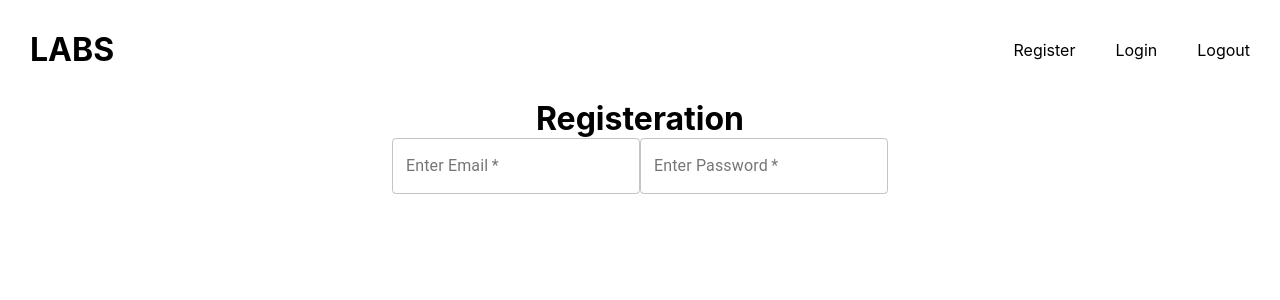
Repository: Prafullkuma/labsdata
Page: /signup
These files come from the project's save history. The page is drawn as it stood at one moment and after a run of saves; the edit follows.
The browser window is 1280 px wide. The pictures show the whole page.
The project was rebuilt for these pictures with package versions that can differ from the ones it lists, and the page was loaded fresh each time. Also part of the build but not shown: src/Component/Admin.css, src/Component/Details/details.css, src/Component/Student/addstudent.css, src/firebase.js, src/Component/Student/Addstudent.js, src/Component/Student/ViewData/ViewData.css, src/Component/Student/ViewData/ViewStudentData.js, src/Component/Student/ViewStudent.js and 5 more.

Above is the page before, as saved 2020-08-26 14:02:11.

### src/App.js
import React from 'react';
import './App.css';
import Nav from './Component/Nav'
import Admin from './Component/Admin'
import Main from './Component/Main'
import Login from './Auth/Login'
import Signup from './Auth/Signup'
import Logout from './Auth/Logout'
import { BrowserRouter as Router, Route } from 'react-router-dom'
function App() {
  return (
    <div className="App">
      <Router>
        <Nav />
        <Route path="/logout" component={Logout} />
        <Route path="/signup" component={Signup} />
        <Route path="/login" component={Login} />
        <Route path="/admin" component={Admin} />
        <Route exact path="/" component={Main} />
      </Router>
    </div>
  );
}

export default App;

### src/Component/Nav.js
import React from 'react'
import './Nav.css'
import { Link } from 'react-router-dom'
function Nav() {
    return (
        <div className="Navbar">
            <h1> <Link to="/"> LABS</Link></h1>
            <ul>
                <li><Link to="/signup"> Register</Link></li>
                <li><Link to="/login">Login</Link></li>
                <li><Link to="/logout">Logout</Link>
                </li>
            </ul>
        </div>
    )
}

export default Nav

### src/Auth/Signup.js
import React from 'react'
import { TextField } from '@material-ui/core'
function Signup() {
    return (
        <div className="register">
            <h1>Registeration</h1>
            <form>
                <TextField id="outlined-basic" type="email" required label="Enter Email" variant="outlined" />
                <TextField id="outlined-basic" type="password" required label="Enter Password" variant="outlined" />
            </form>

        </div>
    )
}

export default Signup

### src/Component/Nav.css
.Navbar{
    padding: 30px;
    display: flex;
    justify-content: space-between;
    align-items: center;

}
a{
    text-decoration: none;
    color:black;
    }
ul,li{
    list-style: none;
    float: left;
    margin-left: 40px;
}

Loaded but not shown: public/index.html (common file); src/index.js (common file); src/index.css (common file); src/serviceWorker.js (common file); src/App.css (common file); src/Component/Main.css (no stored copy; drawn as an empty file); src/Component/Student/viewstudent.css (no stored copy; drawn as an empty file)

After the next 2 saves:
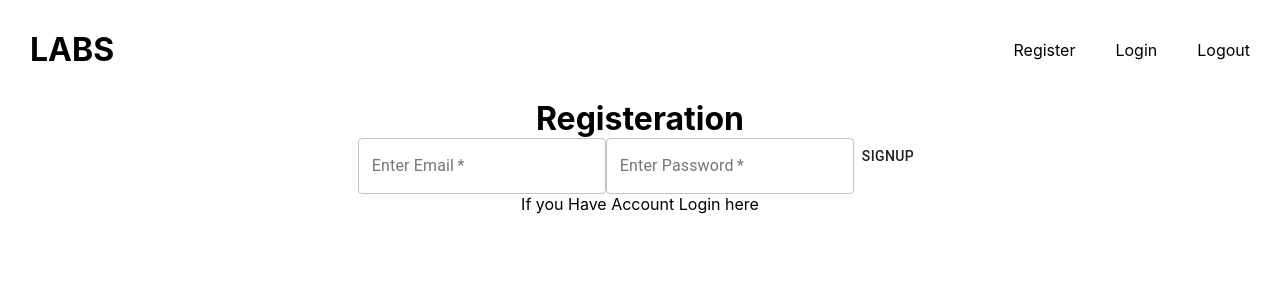
The 2 saves are shown as one change because 1 did not build or start.
The last was saved 95 s later.
--- a/src/Auth/Signup.js
+++ b/src/Auth/Signup.js
@@ -1,5 +1,6 @@
 import React from 'react'
-import { TextField } from '@material-ui/core'
+import { TextField, Button } from '@material-ui/core'
+import { Link } from 'react-router-dom'
 function Signup() {
     return (
         <div className="register">
@@ -7,6 +8,8 @@ function Signup() {
             <form>
                 <TextField id="outlined-basic" type="email" required label="Enter Email" variant="outlined" />
                 <TextField id="outlined-basic" type="password" required label="Enter Password" variant="outlined" />
+                <Button> Signup</Button>
+                <p>If you Have Account <Link to="/login">Login</Link> here</p>
             </form>
 
         </div>
